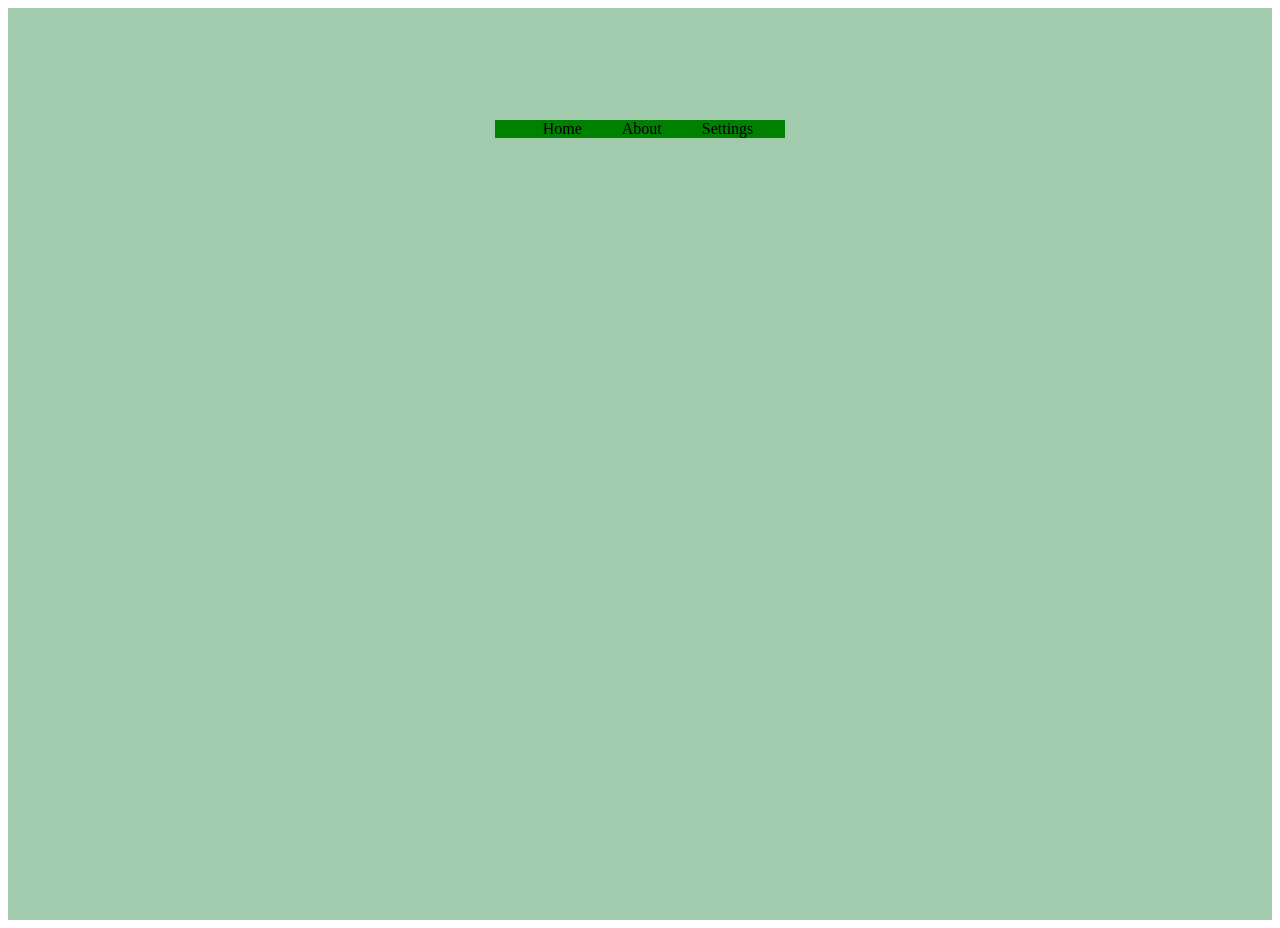
Repository: k8ANStar/Questify
Page: /
These files come from the project's save history. The page is drawn as it stood at one moment and after the next save; the edit follows.
The browser window is 1280 px wide. The pictures show the whole page.
The project was rebuilt for these pictures with package versions that can differ from the ones it lists, and the page was loaded fresh each time. The framework's server and built-in components were replaced by stand-ins that run in the browser. Also part of the build but not shown: next.config.mjs.

Above is the page before, as saved 2024-03-24 21:51:28.

After the next save:
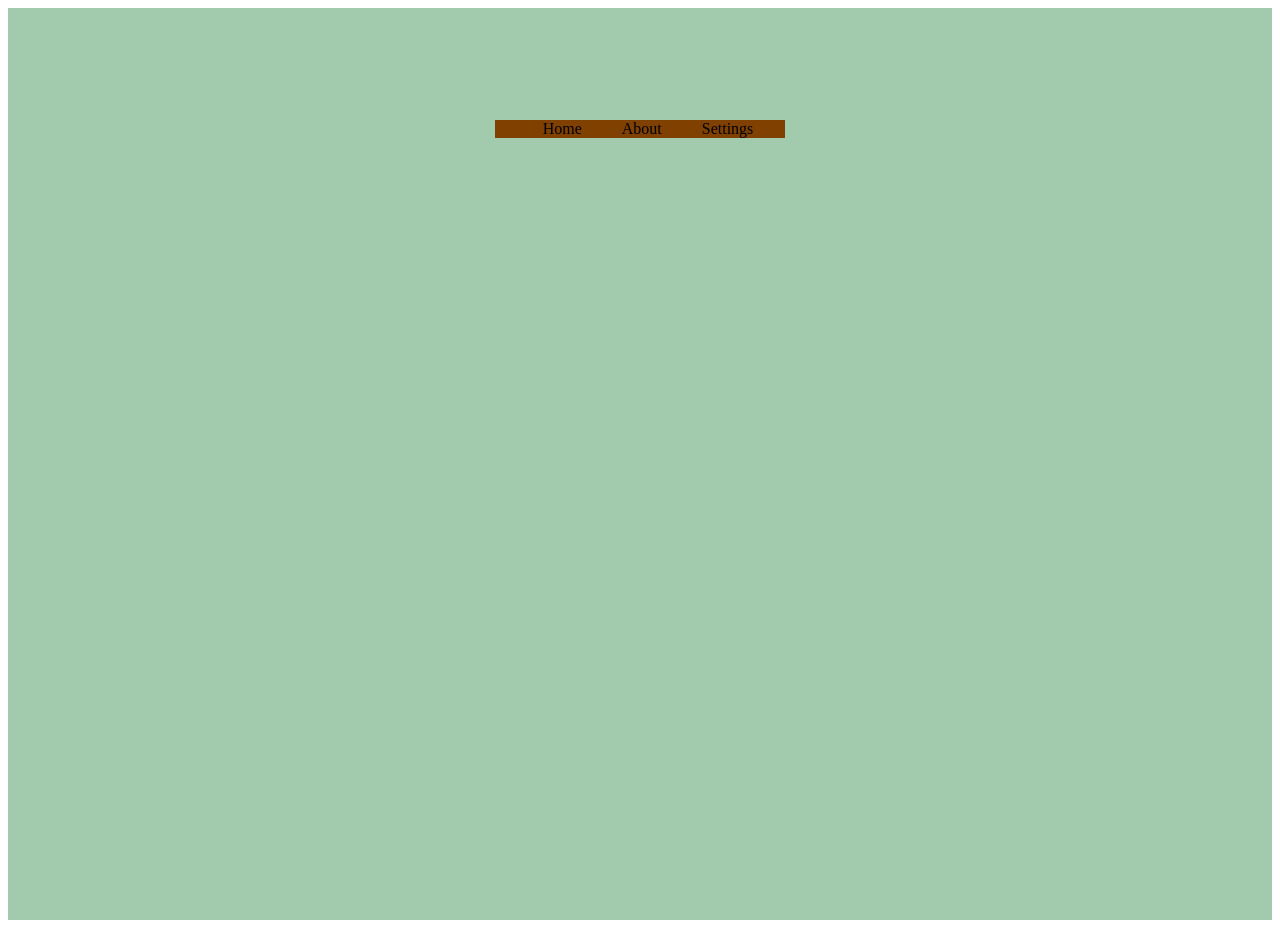
Saved 14 s later.
--- a/components/Header/Header.module.css
+++ b/components/Header/Header.module.css
@@ -2,7 +2,7 @@
 	display: flex;
 	list-style-type: none;
 	text-decoration: none;
-    background-color: green;
+    background-color: rgb(128, 64, 0);
 }
 
 .home,
